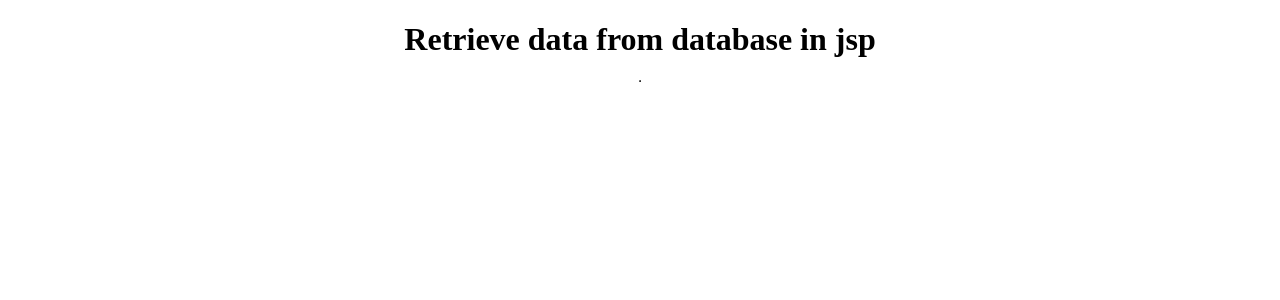
Repository: a18wheeler/TCS-Edison
Page: http://localhost/DTH1/update.jsp
These files come from the project's save history. The page is drawn as it stood at one moment and after the next save; the edit follows.
The browser window is 1280 px wide. The pictures show the whole page.
The page is served by Tomcat 9. Queries for data that is not in the repository find no rows.

Above is the page before, as saved 2019-10-16 14:53:26.

After the next save:
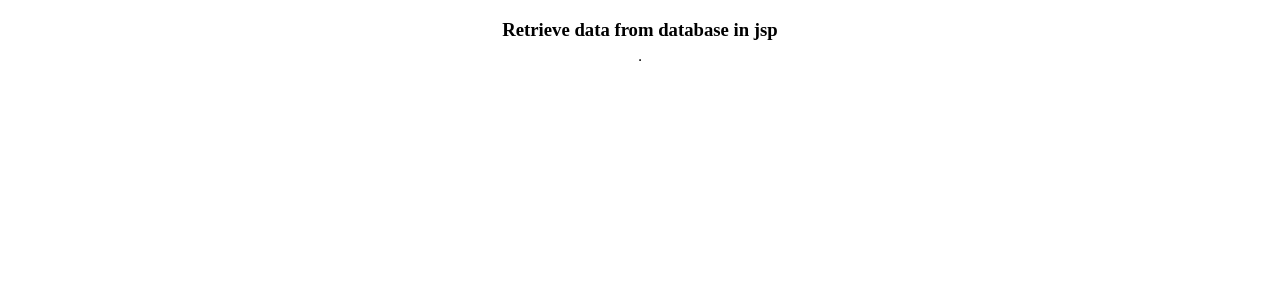
Saved 37 s later.
--- a/playground/DTH1/WebContent/update.jsp
+++ b/playground/DTH1/WebContent/update.jsp
@@ -24,7 +24,7 @@ ResultSet resultSet = null;
 %>
 <html>
 <body>
-<h1 align="center">Retrieve data from database in jsp</h1>
+<h3 align="center">Retrieve data from database in jsp</h3>
 <div align="center">
 <table border="1">
 
